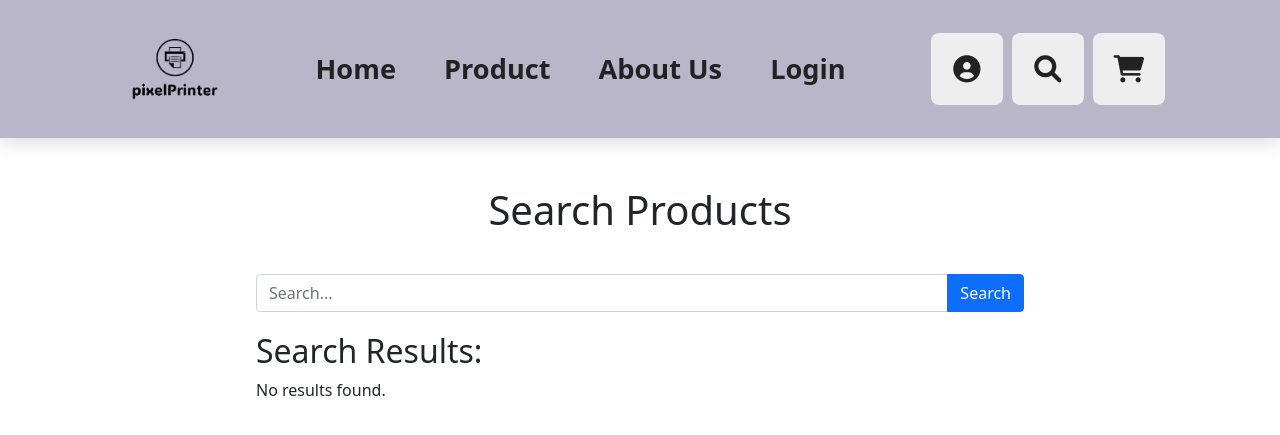
Repository: happy-kitty0821/PixlePrinters
Page: http://localhost/PixlePrint/SearchServlet
An editor plug-in stored every save of this project. The page is shown before and after the next save, followed by the edit.
The browser window is 1280 px wide. The pictures show the whole page.
The page is served by Tomcat 9. Other server files are loaded and not shown. Queries for data that is not in the repository find no rows.

Above is the page before, as saved 2024-05-10 04:35:16.

### PixlePrint/src/main/webapp/pages/Search.jsp
<%@ include file="Header.jsp"%>
<%@ page import="java.util.List"%>
<%@ page import="models.ProductModel"%>
<!DOCTYPE html>
<html lang="en">
<head>
    <meta charset="UTF-8">
    <meta name="viewport" content="width=device-width, initial-scale=1.0">
    <title>Search Page</title>
    <link href="https://cdn.jsdelivr.net/npm/bootstrap@5.0.0-alpha1/dist/css/bootstrap.min.css" rel="stylesheet">

    <style>
        body {
            font-family: Arial, sans-serif;
        }
        .container {
            max-width: 800px;
            margin: 0 auto;
        }
        h1 {
            text-align: center;
            margin-bottom: 40px;
        }
        .input-group {
            margin-bottom: 20px;
        }
    </style>
</head>
<body>
    <div class="container mt-5">
        <h1>Search Products</h1>
        <form action="${pageContext.request.contextPath}/SearchServlet" method="GET">
            <div class="input-group">
                <input type="text" class="form-control" placeholder="Search..." name="query" required>
                <button class="btn btn-primary" type="submit">Search</button>
            </div>
        </form>
<div id="searchResults">
    <h2>Search Results:</h2>
    <div class="row">
        <%
        List<ProductModel> searchResults = (List<ProductModel>) request.getAttribute("SearchResult");
        if (searchResults != null && !searchResults.isEmpty()) {
            for (ProductModel product : searchResults) {
        %>
        <div class="col-md-4">
            <div class="card mb-4">
                <img src="${pageContext.request.contextPath}/Uploads/ProductImages/<%= product.getProductImage() %>" class="card-img-top" alt="<%= product.getProductName() %>">
                <div class="card-body">
                    <h5 class="card-title"><%= product.getProductName() %></h5>
                    <p class="card-text"><%= product.getProductDescription() %></p>
                    <p class="card-text">Price: <%= product.getPrice() %></p>
                    <p class="card-text">Quantity: <%= product.getQuantity() %></p>
                    <p class="card-text">Company: <%= product.getCompanyName() %></p>
                </div>
            </div>
        </div>
        <%
            }
        } else {
        %>
        <div class="col">
            <p>No results found.</p>
        </div>
        <%
        }
        %>
    </div>
</div>

    </div>
</body>
</html>

### PixlePrint/src/main/webapp/pages/Header.jsp
<%@ page contentType="text/html;charset=UTF-8" language="java" %>
<%@ page import="utils.Utilities"%>
<!DOCTYPE html>
<html lang="en">
<head>
<meta charset="UTF-8">
<meta http-equiv="X-UA-Compatible" content="IE=edge">
<link rel="icon"
    href="${pageContext.request.contextPath}/Images/pixelprinter-high-resolution-logo.png"
    type="image/png">
<meta name="viewport" content="width=device-width, initial-scale=1.0">
<title>
    <%-- Default title --%>
    Printer Design
    <%-- Get the current page from the request URI and set the title accordingly --%>
    <% String currentPage = request.getRequestURI();
       if (currentPage.endsWith("Index.jsp")) { %>
           | Home
       <% } else if (currentPage.endsWith("DisplayProductToCustomerServlet")) { %>
           | Product
       <% } else if (currentPage.endsWith("Contact.jsp")) { %>
           | About Us
       <% } else if (currentPage.endsWith("Login.jsp")) { %>
           | Login
       <% } else if (currentPage.endsWith("LogoutServlet")) { %>
           | Logout
       <% } %>
</title>
<link rel="stylesheet"
    href="https://cdnjs.cloudflare.com/ajax/libs/font-awesome/6.0.0-beta3/css/all.min.css">
<link rel="stylesheet"
    href="${pageContext.request.contextPath}/css/Header.css" />
</head>

<body>
    <section id="header" class="header">
        <a href="${pageContext.request.contextPath}/pages/Index.jsp"><img
            src="${pageContext.request.contextPath}/Images/logo.png" class="logo"
            style="width: 120px; height: auto;"></a>
        <nav class="navbar">
            <a class="active"
                href="${pageContext.request.contextPath}/pages/Index.jsp">Home</a> <a
                href="${pageContext.request.contextPath}/DisplayProductToCustomerServlet">Product</a>
            <a href="${pageContext.request.contextPath}/pages/Contact.jsp">About
                Us</a>
            <%
            if (session.getAttribute("username") == null) {
            %>
                <a href="${pageContext.request.contextPath}/pages/Login.jsp">Login</a>
            <% } else { %>
                <a href="${pageContext.request.contextPath}/LogoutServlet">Logout</a>
            <% } %>
        </nav>
        <div class="icons">
            <div id="menu-btn" class="fas fa-bars"></div>
            <a href="${pageContext.request.contextPath}/UserProfile" class="fas fa-user-circle"></a>
            <a href="${pageContext.request.contextPath}/SearchServlet" class="fas fa-search"></a>
            <a href="${pageContext.request.contextPath}/DisplayCart" class="fas fa-shopping-cart"></a>
        </div>
    </section>
</body>
</html>

### PixlePrint/src/main/java/controller/servlets/SearchServlet.java
package controller.servlets;

import java.io.IOException;
import java.util.List;

import javax.servlet.ServletException;
import javax.servlet.annotation.WebServlet;
import javax.servlet.http.HttpServlet;
import javax.servlet.http.HttpServletRequest;
import javax.servlet.http.HttpServletResponse;

import controller.DatabaseController;
import models.ProductModel;

/**
 * Servlet implementation class SearchServlet
 */
@WebServlet("/SearchServlet")
public class SearchServlet extends HttpServlet {
	private static final long serialVersionUID = 1L;
	DatabaseController dbController = new DatabaseController();

    /**
     * @see HttpServlet#HttpServlet()
     */
    public SearchServlet() {
        super();
        // TODO Auto-generated constructor stub
    }

	/**
	 * @see HttpServlet#doGet(HttpServletRequest request, HttpServletResponse response)
	 */
	protected void doGet(HttpServletRequest request, HttpServletResponse response) throws ServletException, IOException {
		String query = request.getParameter("query");
		List<ProductModel> SearchResult = dbController.getSearchResult(query);
		request.setAttribute("SearchResult", SearchResult);
		request.getRequestDispatcher("/pages/Search.jsp").forward(request, response);
	}

	/**
	 * @see HttpServlet#doPost(HttpServletRequest request, HttpServletResponse response)
	 */
	protected void doPost(HttpServletRequest request, HttpServletResponse response) throws ServletException, IOException {
		// TODO Auto-generated method stub
		doGet(request, response);
	}

}

### PixlePrint/src/main/webapp/css/Header.css
@charset "ISO-8859-1";
*{
    margin: 0;
    padding: 0;
    box-sizing: border-box;
    font-family: system-ui;
}
body {
    font-family: 'system-ui', 'Spartan', sans-serif;
}


.header{
    position: sticky;
    top: 0;
    left: 0;
    right: 0;
    z-index: 1000;
    box-shadow: 0 0.5rem 1rem rgba(0,0,0,0.1);
    background:#b9b6ca;
    display: flex;
    align-items: center;
    justify-content: space-between;
    padding:1.5rem 9%;
}
.header .logo{
    font-size: 2.5rem;
    color: #222;
    font-weight: bolder;
    mix-blend-mode:multiply;
}
.header .logo i{
	mix-blend-mode:multiply;
    color: #2d709d;
}
.header .navbar a{
    margin: 0 1.5rem;
    font-size: 1.7rem;
    color: #222;
	text-decoration: none;
	font-weight: 700;
}
.header .navbar a:hover{
    color: #2d7f85;
}
.header .icons div,
.header .icons a{
    height: 4.5rem;
    width:4.5rem;
    line-height: 4.5rem;
    border-radius: .5rem;
    background: #eee;
    font-size: 1.7rem;
    color: #222;
    margin-left: .3rem;
    text-align: center;
    cursor: pointer;
    text-decoration: none
}
.header .icons a:hover,
.header .icons div:hover{
    background: #298f93;
    color: #fff;
}
.header #menu-btn{
    display: none;
}

After the next save:
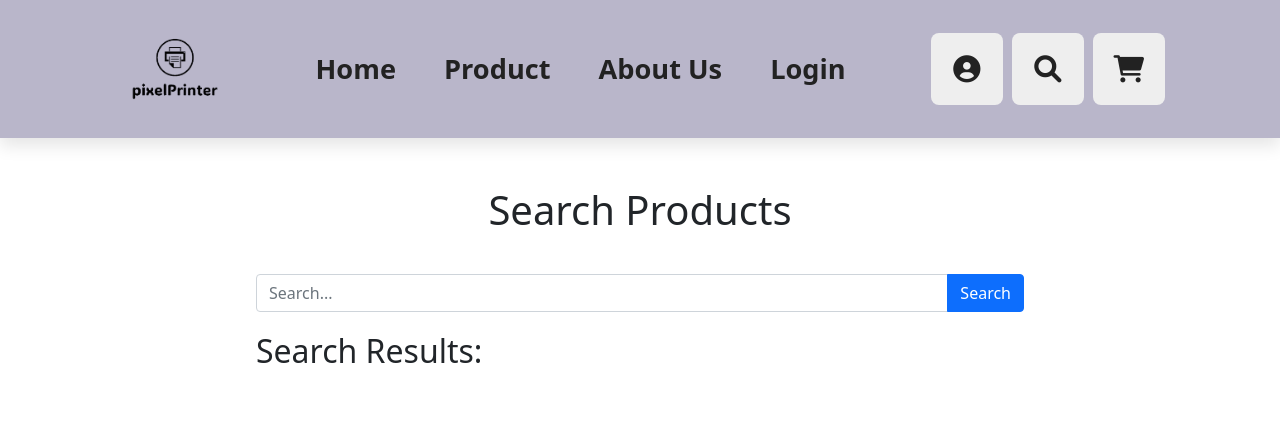
Saved 17 min 48 s later.
--- a/PixlePrint/src/main/webapp/pages/Search.jsp
+++ b/PixlePrint/src/main/webapp/pages/Search.jsp
@@ -60,7 +60,7 @@
         } else {
         %>
         <div class="col">
-            <p>No results found.</p>
+
         </div>
         <%
         }
